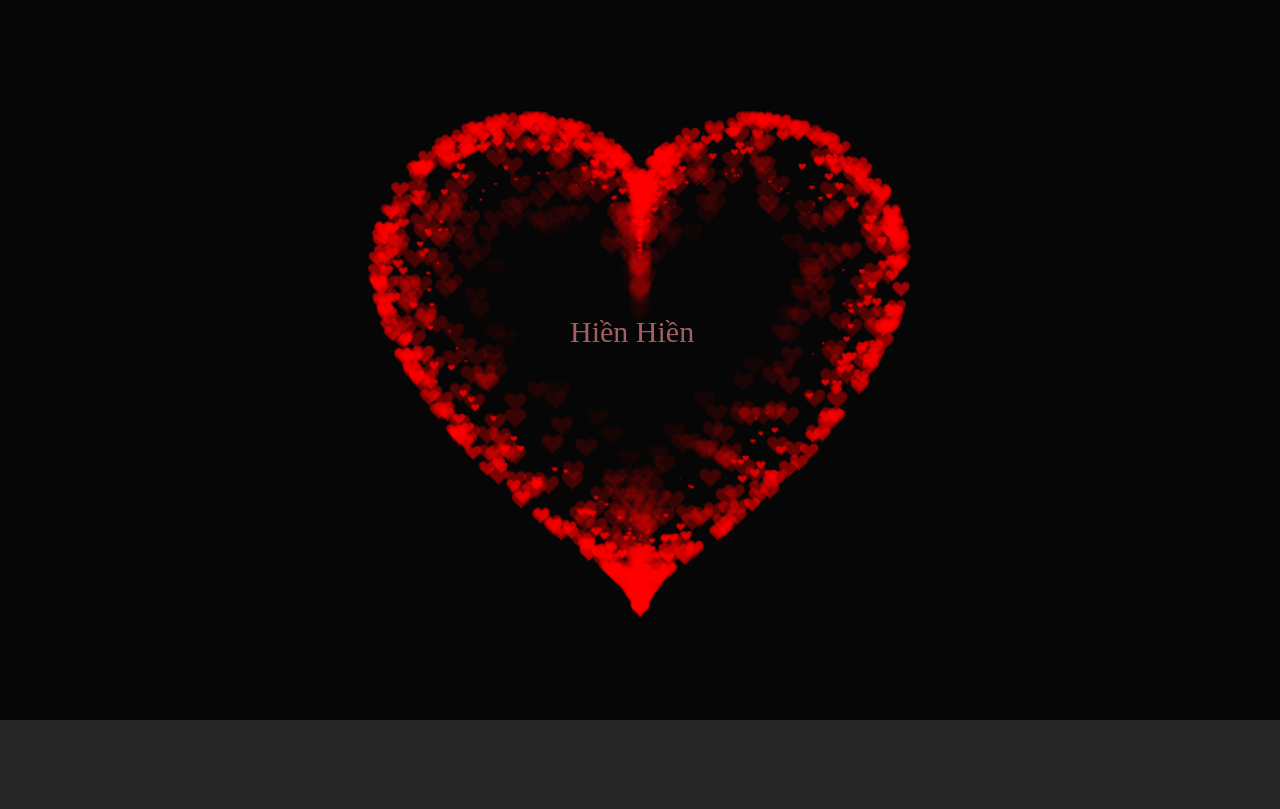
Repository: OanhBuonNgu/git_test
Page: index.html
An editor plug-in stored every save of this project. The page is shown before and after the next save, followed by the edit.
The browser window is 1280 px wide. The pictures show the whole page.

Above is the page before, as saved 2022-11-13 21:44:12.

### index.html
<!DOCTYPE html>
<html lang="en">

<HEAD>
    <meta charset="UTF-8">
    <meta http-equiv="X-UA-Compatible" content="IE=edge">
    <meta name="viewport" content="width=device-width, initial-scale=1.0">
    <title>Design By Nguyễn Đình Oanh</title>
    <link rel="stylesheet" href="style.css">
    <style>
        html,
        body {
            height: 100%;
            padding: 0;
            margin: 0;
            background: rgba(0, 0, 0, 0.851);
        }

        canvas {
            position: absolute;
            width: 100%;
            height: 100%;
        }
    </style>
</HEAD>

<BODY>
    <div class="container">
        <div class="box">
            <div style="color:rgb(164, 96, 96);position:absolute;top: 330px;left:430px;font-size:30px;z-index: 1;">Hiền Hiền</div>
            <canvas id="pinkboard"></canvas>
        </div>
        <script>
            var settings = {
                particles: {
                    length: 1200,
                    duration: 2,
                    velocity: 150,
                    effect: -1.2,
                    size: 20,
                },
            };
            /*
             */
            (function() {
                var b = 0;
                var c = ["ms", "moz", "webkit", "o"];
                for (var a = 0; a < c.length && !window.requestAnimationFrame; ++a) {
                    window.requestAnimationFrame = window[c[a] + "RequestAnimationFrame"];
                    window.cancelAnimationFrame = window[c[a] + "CancelAnimationFrame"] || window[c[a] + "CancelRequestAnimationFrame"]
                }
                if (!window.requestAnimationFrame) {
                    window.requestAnimationFrame = function(h, e) {
                        var d = new Date().getTime();
                        var f = Math.max(0, 50 - (d - b));
                        var g = window.setTimeout(function() {
                            h(d + f)
                        }, f);
                        b = d + f;
                        return g
                    }
                }
                if (!window.cancelAnimationFrame) {
                    window.cancelAnimationFrame = function(d) {
                        clearTimeout(d)
                    }
                }
            }());
            /*
             * Point class
             */
            var Point = (function() {
                function Point(x, y) {
                    this.x = (typeof x !== 'undefined') ? x : 0;
                    this.y = (typeof y !== 'undefined') ? y : 0;
                }
                Point.prototype.clone = function() {
                    return new Point(this.x, this.y);
                };
                Point.prototype.length = function(length) {
                    if (typeof length == 'undefined')
                        return Math.sqrt(this.x * this.x + this.y * this.y);
                    this.normalize();
                    this.x *= length;
                    this.y *= length;
                    return this;
                };
                Point.prototype.normalize = function() {
                    var length = this.length();
                    this.x /= length;
                    this.y /= length;
                    return this;
                };
                return Point;
            })();
            /*
             * Particle class
             */
            var Particle = (function() {
                function Particle() {
                    this.position = new Point();
                    this.velocity = new Point();
                    this.acceleration = new Point();
                    this.age = 0;
                }
                Particle.prototype.initialize = function(x, y, dx, dy) {
                    this.position.x = x;
                    this.position.y = y;
                    this.velocity.x = dx;
                    this.velocity.y = dy;
                    this.acceleration.x = dx * settings.particles.effect;
                    this.acceleration.y = dy * settings.particles.effect;
                    this.age = 0;
                };
                Particle.prototype.update = function(deltaTime) {
                    this.position.x += this.velocity.x * deltaTime;
                    this.position.y += this.velocity.y * deltaTime;
                    this.velocity.x += this.acceleration.x * deltaTime;
                    this.velocity.y += this.acceleration.y * deltaTime;
                    this.age += deltaTime;
                };
                Particle.prototype.draw = function(context, image) {
                    function ease(t) {
                        return (--t) * t * t + 1;
                    }
                    var size = image.width * ease(this.age / settings.particles.duration);
                    context.globalAlpha = 1 - this.age / settings.particles.duration;
                    context.drawImage(image, this.position.x - size / 2, this.position.y - size / 2, size, size);
                };
                return Particle;
            })();
            /*
             * ParticlePool class
             */
            var ParticlePool = (function() {
                var particles,
                    firstActive = 0,
                    firstFree = 0,
                    duration = settings.particles.duration;

                function ParticlePool(length) {
                    // create and populate particle pool
                    particles = new Array(length);
                    for (var i = 0; i < particles.length; i++)
                        particles[i] = new Particle();
                }
                ParticlePool.prototype.add = function(x, y, dx, dy) {
                    particles[firstFree].initialize(x, y, dx, dy);

                    // handle circular queue
                    firstFree++;
                    if (firstFree == particles.length) firstFree = 0;
                    if (firstActive == firstFree) firstActive++;
                    if (firstActive == particles.length) firstActive = 0;
                };
                ParticlePool.prototype.update = function(deltaTime) {
                    var i;

                    // update active particles
                    if (firstActive < firstFree) {
                        for (i = firstActive; i < firstFree; i++)
                            particles[i].update(deltaTime);
                    }
                    if (firstFree < firstActive) {
                        for (i = firstActive; i < particles.length; i++)
                            particles[i].update(deltaTime);
                        for (i = 0; i < firstFree; i++)
                            particles[i].update(deltaTime);
                    }

                    // remove inactive particles
                    while (particles[firstActive].age >= duration && firstActive != firstFree) {
                        firstActive++;
                        if (firstActive == particles.length) firstActive = 0;
                    }


                };
                ParticlePool.prototype.draw = function(context, image) {
                    // draw active particles
                    if (firstActive < firstFree) {
                        for (i = firstActive; i < firstFree; i++)
                            particles[i].draw(context, image);
                    }
                    if (firstFree < firstActive) {
                        for (i = firstActive; i < particles.length; i++)
                            particles[i].draw(context, image);
                        for (i = 0; i < firstFree; i++)
                            particles[i].draw(context, image);
                    }
                };
                return ParticlePool;
            })();
            /*
             * Putting it all together
             */
            (function(canvas) {
                var context = canvas.getContext('2d'),
                    particles = new ParticlePool(settings.particles.length),
                    particleRate = settings.particles.length / settings.particles.duration, // particles/sec
                    time;

                // get point on heart with -PI <= t <= PI
                function pointOnHeart(t) {
                    return new Point(
                        160 * Math.pow(Math.sin(t), 3),
                        130 * Math.cos(t) - 50 * Math.cos(2 * t) - 20 * Math.cos(3 * t) - 10 * Math.cos(4 * t) + 25
                    );
                }

                // creating the particle image using a dummy canvas
                var image = (function() {
                    var canvas = document.createElement('canvas'),
                        context = canvas.getContext('2d');
                    canvas.width = settings.particles.size;
                    canvas.height = settings.particles.size;
                    // helper function to create the path
                    function to(t) {
                        var point = pointOnHeart(t);
                        point.x = settings.particles.size / 2 + point.x * settings.particles.size / 350;
                        point.y = settings.particles.size / 2 - point.y * settings.particles.size / 350;
                        return point;
                    }
                    // create the path
                    context.beginPath();
                    var t = -Math.PI;
                    var point = to(t);
                    context.moveTo(point.x, point.y);
                    while (t < Math.PI) {
                        t += 0.05; // baby steps!
                        point = to(t);
                        context.lineTo(point.x, point.y);
                    }
                    context.closePath();
                    // create the fill
                    context.fillStyle = '#FF0000';
                    context.fill();
                    // create the image
                    var image = new Image();
                    image.src = canvas.toDataURL('');
                    return image;
                })();

                // render that thing!
                function render() {
                    // next animation frame
                    requestAnimationFrame(render);

                    // update time
                    var newTime = new Date().getTime() / 900,
                        deltaTime = newTime - (time || newTime);
                    time = newTime;

                    // clear canvas
                    context.clearRect(0, 0, canvas.width, canvas.height);

                    // create new particles
                    var amount = particleRate * deltaTime;
                    for (var i = 0; i < amount; i++) {
                        var pos = pointOnHeart(Math.PI - 2 * Math.PI * Math.random());
                        var dir = pos.clone().length(settings.particles.velocity);
                        particles.add(canvas.width / 2 + pos.x, canvas.height / 2 - pos.y, dir.x, -dir.y);
                    }

                    // update and draw particles
                    particles.update(deltaTime);
                    particles.draw(context, image);
                }

                // handle (re-)sizing of the canvas
                function onResize() {
                    canvas.width = canvas.clientWidth;
                    canvas.height = canvas.clientHeight;
                }
                window.onresize = onResize;

                // delay rendering bootstrap
                setTimeout(function() {
                    onResize();
                    render();
                }, 10);
            })(document.getElementById('pinkboard'));
        </script>
    </div>

</BODY>

</HTML>

### style.css
body {
    display: flex;
    justify-content: center;
    align-items: center;
    background: #2c3e50
}

.box {
    width: 1000px;
    position: absolute;
    top: 50%;
    left: 50%;
    transform: translate(-50%, -50%);
    display: flex;
    flex-direction: column;
}

#pinkboard {
    position: relative;
    margin: auto;
    height: 750px;
    width: 750px;
    animation: animate 1.2s infinite;
}

#pinkboard:before,
#pinkboard:after {
    content: '';
    position: absolute;
    background: #000000;
    width: 100px;
    height: 160px;
    border-top-left-radius: 50px;
    border-top-right-radius: 50px;
}

#pinkboard:before {
    left: 100px;
    transform: rotate(-45deg);
    transform-origin: 0 100%;
    box-shadow: 0 14px 28px rgba(0, 0, 0, 0.25), 0 10px 10px rgba(0, 0, 0, 0.22);
}

#pinkboard:after {
    left: 0;
    transform: rotate(45deg);
    transform-origin: 100% 100%;
}

@keyframes animate {
    0% {
        transform: scale(1);
    }
    20% {
        transform: scale(1.2);
    }
    30% {
        transform: scale(1.3);
    }
    40% {
        transform: scale(1.4);
    }
    50% {
        transform: scale(1.5);
    }
    60% {
        transform: scale(1.4);
    }
    80% {
        transform: scale(1.2);
    }
    100% {
        transform: scale(1);
    }
}

After the next save:
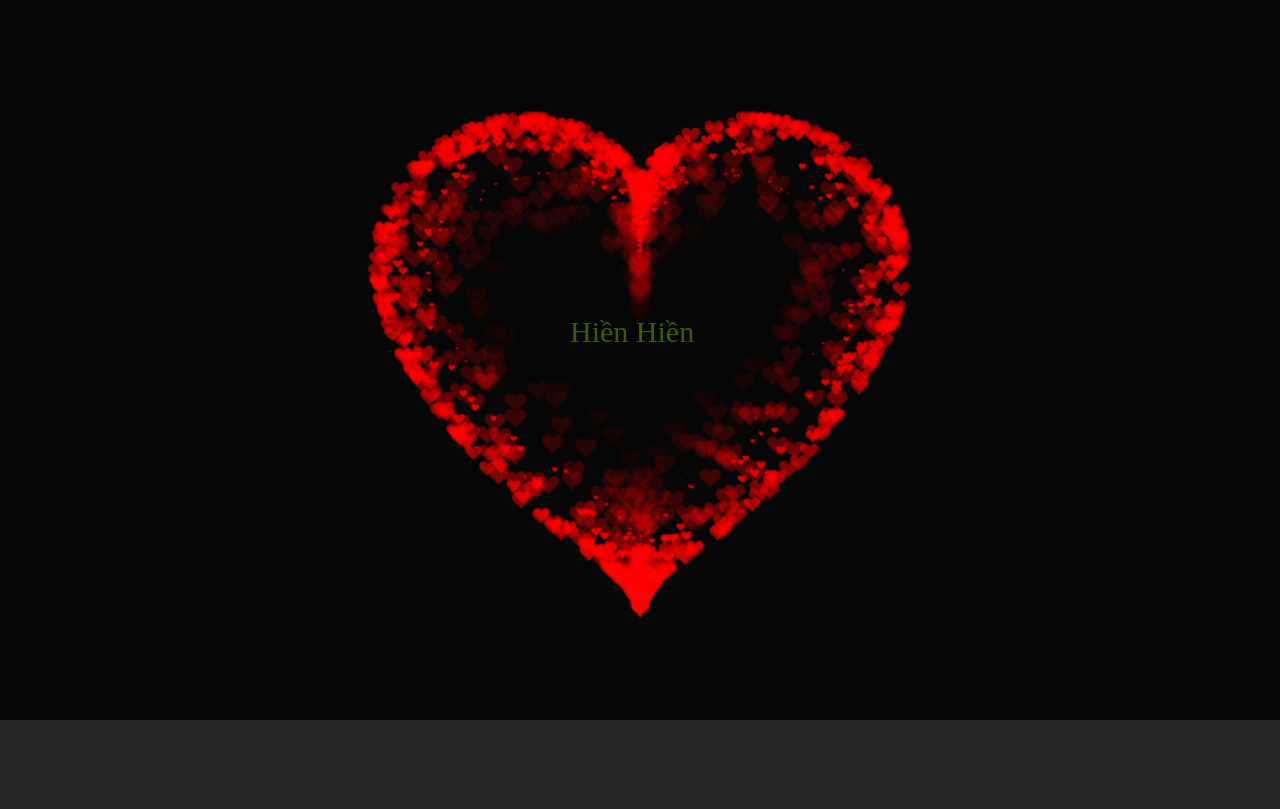
Saved 9 s later.
--- a/index.html
+++ b/index.html
@@ -27,7 +27,7 @@
 <BODY>
     <div class="container">
         <div class="box">
-            <div style="color:rgb(164, 96, 96);position:absolute;top: 330px;left:430px;font-size:30px;z-index: 1;">Hiền Hiền</div>
+            <div style="color:rgb(56, 94, 1);position:absolute;top: 330px;left:430px;font-size:30px;z-index: 1;">Hiền Hiền</div>
             <canvas id="pinkboard"></canvas>
         </div>
         <script>
